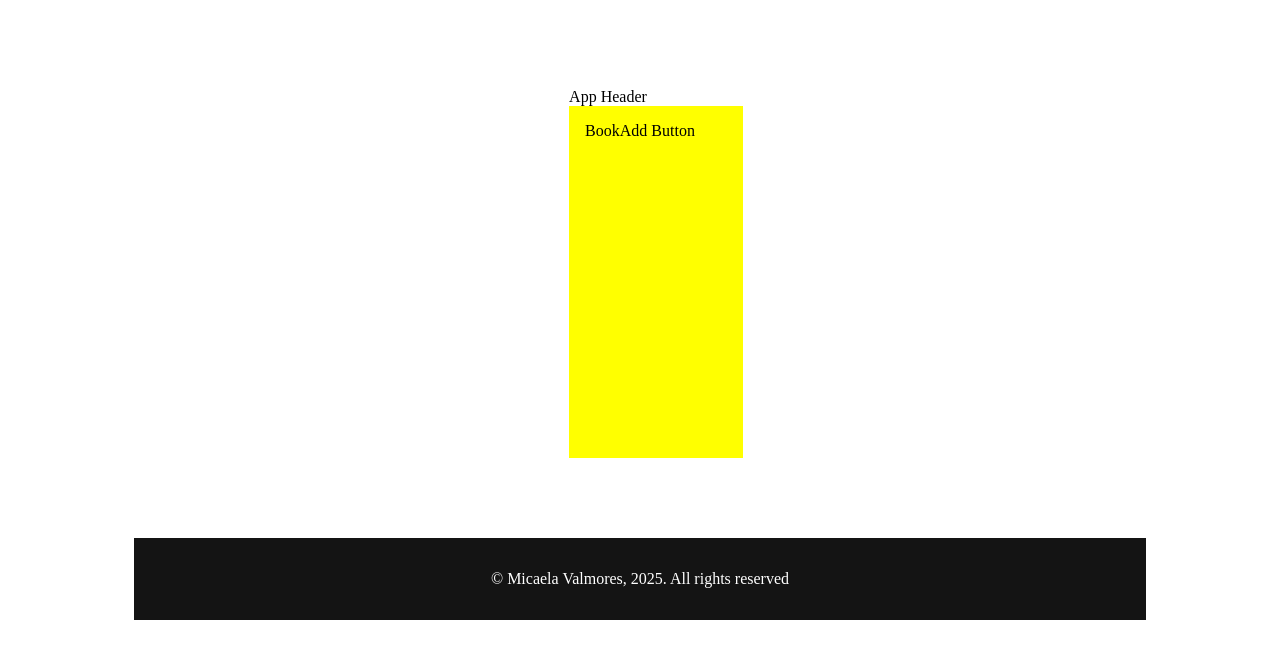
Repository: Micaelavalmores/COMP3170-Data-Fetching
Page: /
These files come from the project's save history. The page is drawn as it stood at one moment and after the next save; the edit follows.
The browser window is 1280 px wide. The pictures show the whole page.
The project was rebuilt for these pictures with package versions that can differ from the ones it lists, and the page was loaded fresh each time. Also part of the build but not shown: vite.config.js.

Above is the page before, as saved 2025-09-22 17:59:24.

### index.html
<!doctype html>
<html lang="en">
  <head>
    <meta charset="UTF-8" />
    <meta name="viewport" content="width=device-width, initial-scale=1.0" />
    <title>Book Catalog</title>
  </head>
  <body>
    <div id="root"></div>
    <script type="module" src="/src/main.jsx"></script>
  </body>
</html>

### src/index.css


.app {
  display: flex;
  flex-direction: column;
  width: 80%;
  margin: 0 auto;
  background: #fff;
  min-height: 100%;
  justify-content: space-between;

  footer {
    padding: 0;
    background: #141414;
    color: #fff;

    p {
        text-align: center;
        padding: 1em 0;
    }
  }

  .content {
    margin: 2em auto;
    padding: 3em 0;
  }

  .mainContent {
    height: 20em;
    width: 100%;
    background: yellow;
    padding: 1em;
    margin: 0;
  }

}

### src/App.jsx
import Footer from "./components/Footer";
import Book from "./components/Book";
import AppHeader from "./components/AppHeader";
import AddButton from "./components/AddButton";


function App () {
  return (
    <div className="app">
      <section className="content">
        <AppHeader />
        <div className="mainContent">
          <Book />
          <AddButton />
        </div>
      </section>
        <Footer />
    </div>
  )
}

export default App;

### src/components/Footer.jsx
function Footer() {
    return (
        <footer>
            <p>&copy; Micaela Valmores, 2025. All rights reserved</p>
        </footer>
    );
}

export default Footer;

### src/components/Book.jsx
function Book () {
    return 'Book';
}

export default Book;

### src/components/AppHeader.jsx


function AppHeader () {
    return 'App Header';
}

export default AppHeader;

### src/components/AddButton.jsx
function AddButton () {
    return `Add Button`;
}

export default AddButton;

Loaded but not shown: src/main.jsx (common file)

After the next save:
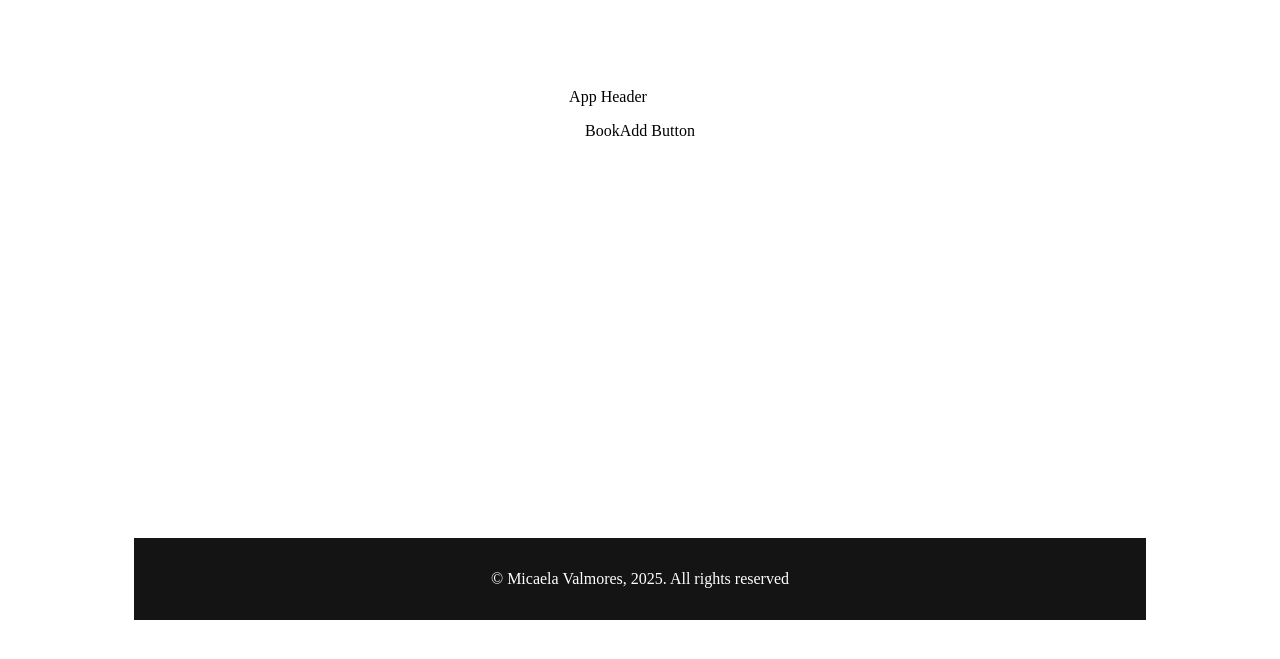
Saved 36 s later.
--- a/src/index.css
+++ b/src/index.css
@@ -28,7 +28,7 @@
   .mainContent {
     height: 20em;
     width: 100%;
-    background: yellow;
+    /* background: yellow; */
     padding: 1em;
     margin: 0;
   }
